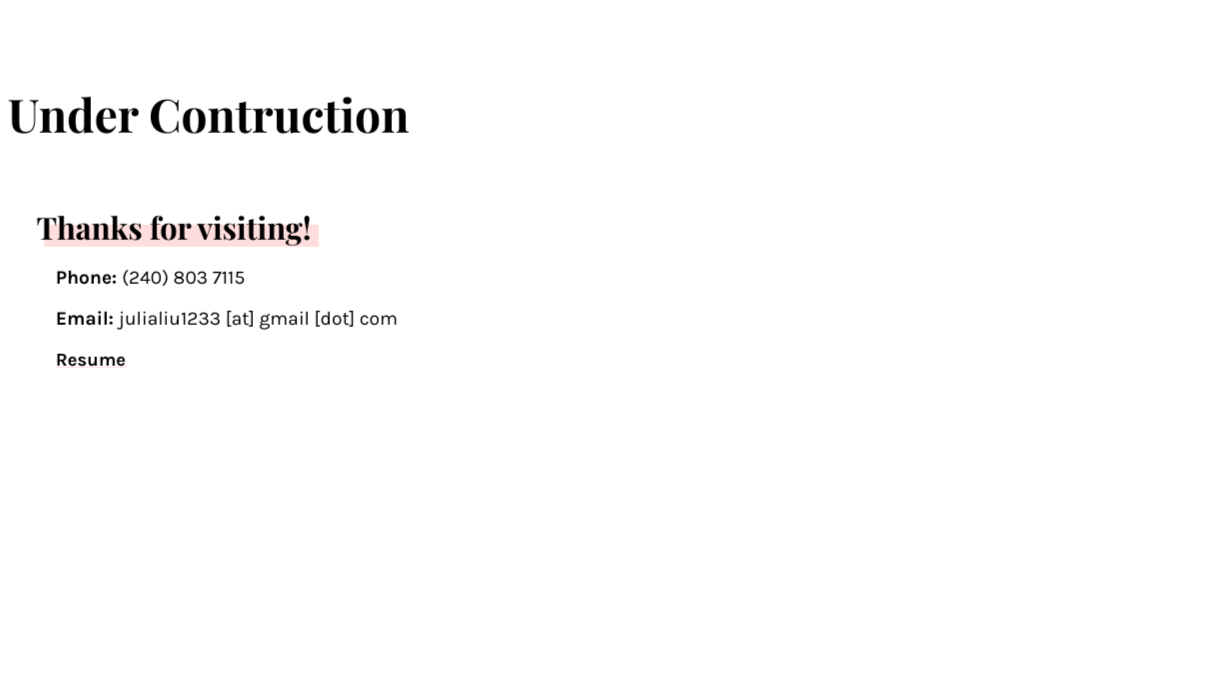
Repository: liu-julia/liu-julia.github.io
Page: contact.html
These files come from the project's save history. The page is drawn as it stood at one moment and after the next save; the edit follows.
The browser window is 1280 px wide. The pictures show the whole page, at 96% of full size.

Above is the page before, as saved 2022-05-19 15:17:23.

### contact.html
<!DOCTYPE html>
<html lang="en">
<head>
    <meta charset="UTF-8">
    <meta http-equiv="X-UA-Compatible" content="IE=edge">
    <meta name="viewport" content="width=device-width, initial-scale=1.0">
    <link rel="preconnect" href="https://fonts.googleapis.com">
    <link rel="preconnect" href="https://fonts.gstatic.com" crossorigin>
    <link href="https://fonts.googleapis.com/css2?family=Karla:wght@300;400;700&family=Open+Sans:wght@300;400;700&family=Playfair+Display:wght@400;700&family=Prata&display=swap" rel="stylesheet">
    <link rel="stylesheet" href="css/styles.css">
    <link rel="icon" href="images/jllogo.png">
    <script src="js/scripts.js"></script>
    <title>Julia Liu</title>
</head>
<body>
    <header id="topbar">
        <img id="logo" src="images/jllogo.png" alt="JL logo">
        <div id="navbar">
            <a class="hl_hover" href="index.html">Projects</a>
            <a class="hl_hover" href="about.html">About</a>
            <a class="highlighted" href="contact.html">Contact</a>
        </div>
    </header>
    <div id="content">
        <div id="about">
            <br>
            <br>
            <h2>Under Contruction</h2>
        </div>
        <div id="foot">
            <h3 class="highlighted">Thanks for visiting!</h3>
            <div>
                <p><b>Phone: </b> (240) 803 7115</p>
                <p><b>Email: </b> juli<!--anti spam-->aliu1233 <!--anti spam--> [at] gmai<!--anti spam-->l [dot] com</p>
                <a href="JuliaLiu.pdf"><b>Resume</b></a>
            </div>
        </div>
    </div>
</body>
</html>

### css/styles.css
:root {
    font-family: 'Karla', sans-serif;
}
html {
    height: 100%;
}
header {
    position: fixed;
    top: 0;
    left: 0;
    right: 0;
    width: 100%;
    height: 60px;
    background-color: white;
    z-index: 1;
    box-shadow: 0 0 10px #FFFFFF;
    transition: top .2s;
}
#logo {
    width: 25px;
    height: 35px;
    padding: 13px;
}
#navbar {
    float: right;
}
#navbar a {
    position: relative;
    top: 10px;
    margin-right: 25px;
    align-self: center;
    color: black;
}
body {
    height: 100%;
}
#content {
    height: 100%;
}
h1 {
    font-family: 'Prata', serif;
    font-weight: 400;
    font-size: 6em;
}
#top {
    height: 100%;
}
h1{
    position: absolute;
    bottom: 12rem;
    left: 1rem;
    right: 1rem;
    text-align: center;
    margin: auto;
    width: 75%;
}
h1.highlighted::before {
    content: "";
    position: absolute;
    width: 100%;
    background: #ffdddd;
    left: .25em;
    bottom: .15em;
    height: .7em;
    z-index: -1;
    animation: highlightAnimation ease 3s;
    animation-iteration-count: 1;
    animation-fill-mode: forwards;
}

@keyframes highlightAnimation {
    0% {
        transform: scaleX(0);
        transform-origin: left;
    }
    100% {
        transform: scaleX(1);
        transform-origin: left;
     }
}

#navbar a.highlighted::before {
    content: "";
    position: absolute;
    width: 100%;
    background: #ffdddd;
    left: .25em;
    bottom: .05em;
    height: .7em;
    z-index: -1;
}
.hl_hover::before {
    content: "";
    position: absolute;
    width: 100%;
    background: #ffdddd;
    left: .25em;
    bottom: .05em;
    height: .7em;
    z-index: -1;
    transition: transform 0.5s;
    transform: scaleX(0);
    transform-origin: right;
}
.hl_hover:hover::before {
    transform: scaleX(1);
    transform-origin: left;
}
h2 {
    font-family: 'Playfair Display', serif;
    font-size: 3em;
}
h3 {
    font-family: 'Playfair Display', serif;
    font-size: 2em;

}
h4 {
    font-size: 1.1em;
    line-height: 1.5em;
}
h3.highlighted::before {
    content: "";
    position: absolute;
    width: 100%;
    background: #ffdddd;
    left: .25em;
    bottom: .05em;
    height: .7em;
    z-index: -1;
}
#navbar a {
    font-family: 'Playfair Display', serif;
    font-size: 1.5em;
    font-weight: 700;
    text-decoration: none;
}
p {
    font-size: 1.25rem;
}
#head_desc {
    font-size: 1.5em;
    font-weight: 400;
    position: absolute;
    bottom: 6rem;
    width: 90%;
    left: 1rem;
    right: 1rem;
    text-align: center;
    margin: auto;
    width: 75%;
}
#face {
    position: absolute;
    height: 45%;
    top: 5em;
    left: 30em;
    right: 30em;
    border-radius: 2em;
    margin: auto;
    box-shadow: 2px 2px 10px #00000066;
}
#foot {
    padding-left: 30px;
    position: absolute;
    width: 90%;
    height: 40%;
}
#foot h3.highlighted {
    position: absolute;
    bottom: 65%;
}
#foot div {
    position: absolute;
    bottom: 25%;
    padding: 20px;
}
a {
    color: black;
    text-decoration: underline;
    text-decoration-color: #ffdddd;
    transition: text-decoration ease-in .2s;
}
#foot a {
    font-size: 1.2rem;
}
a:hover {
    text-decoration-color: #ffb4b4;
}
#construction {
    height: 100%;
}

body {
    animation: fadeInAnimation ease 2s;
    animation-iteration-count: 1;
    animation-fill-mode: forwards;
}

@keyframes fadeInAnimation {
    0% {
        opacity: 0;
    }
    100% {
        opacity: 1;
     }
}
.project {
    width: 70%;
    display: flex;
    margin: auto;
    height: 40%;
    padding: 2.5rem;
    align-items: center;
}
.project img {
    max-width: 40%;
    max-height: 100%;
    box-shadow: 2px 2px 10px #00000066;
    border-radius: 2rem;
    margin: 2em;
}

a img {
    max-width: 8%;
    position: absolute;
    bottom: 30px;
    margin: auto;
    left: 1rem;
    right: 1rem;
}
.about {
    width: 70%;
    display: flex;
    margin: auto;
    height: 100%;
    align-items: center;
}

.about img {
    max-width: 30%;
    box-shadow: 2px 2px 10px #00000066;
    border-radius: 2rem;
    margin: 2em;
}

.about-text {
    position: absolute;
    margin-left: 25%;
    margin-right: 15%;
}
.about-text h2 {
    position: absolute;
    top: -110px;
}

.about-text h2.highlighted::before {
    content: "";
    position: absolute;
    width: 100%;
    background: #ffdddd;
    left: .20em;
    bottom: .05em;
    height: .7em;
    z-index: -1;
}

### js/scripts.js
var prevScrollpos = window.pageYOffset;
window.onscroll = function() {
  var currentScrollPos = window.pageYOffset;
  if (prevScrollpos > currentScrollPos) {
    document.getElementById("topbar").style.top = "0";
  } else {
    document.getElementById("topbar").style.top = "-70px";
  }
  prevScrollpos = currentScrollPos;
}

After the next save:
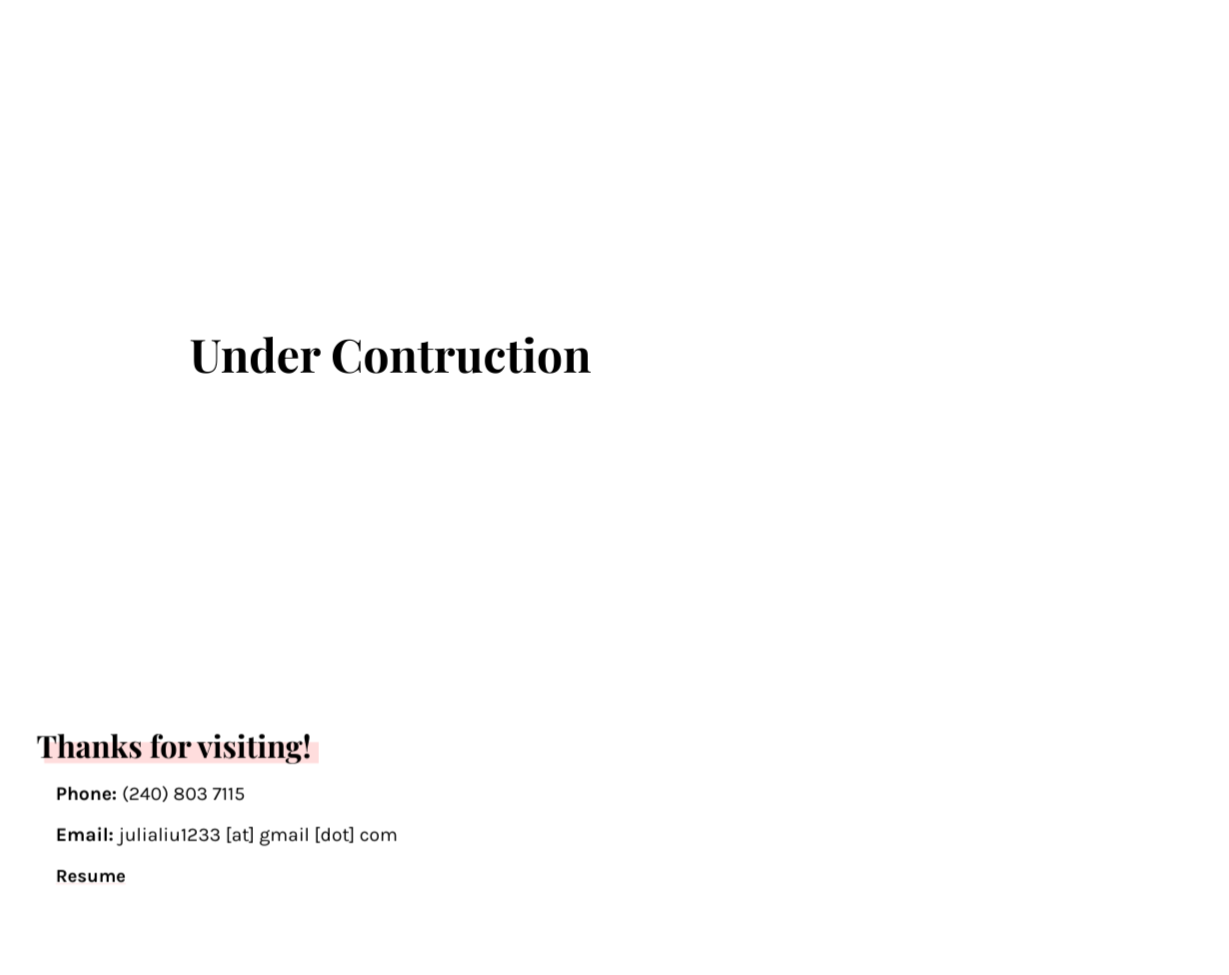
Saved 15 s later.
--- a/contact.html
+++ b/contact.html
@@ -22,7 +22,7 @@
         </div>
     </header>
     <div id="content">
-        <div id="about">
+        <div class="about">
             <br>
             <br>
             <h2>Under Contruction</h2>
